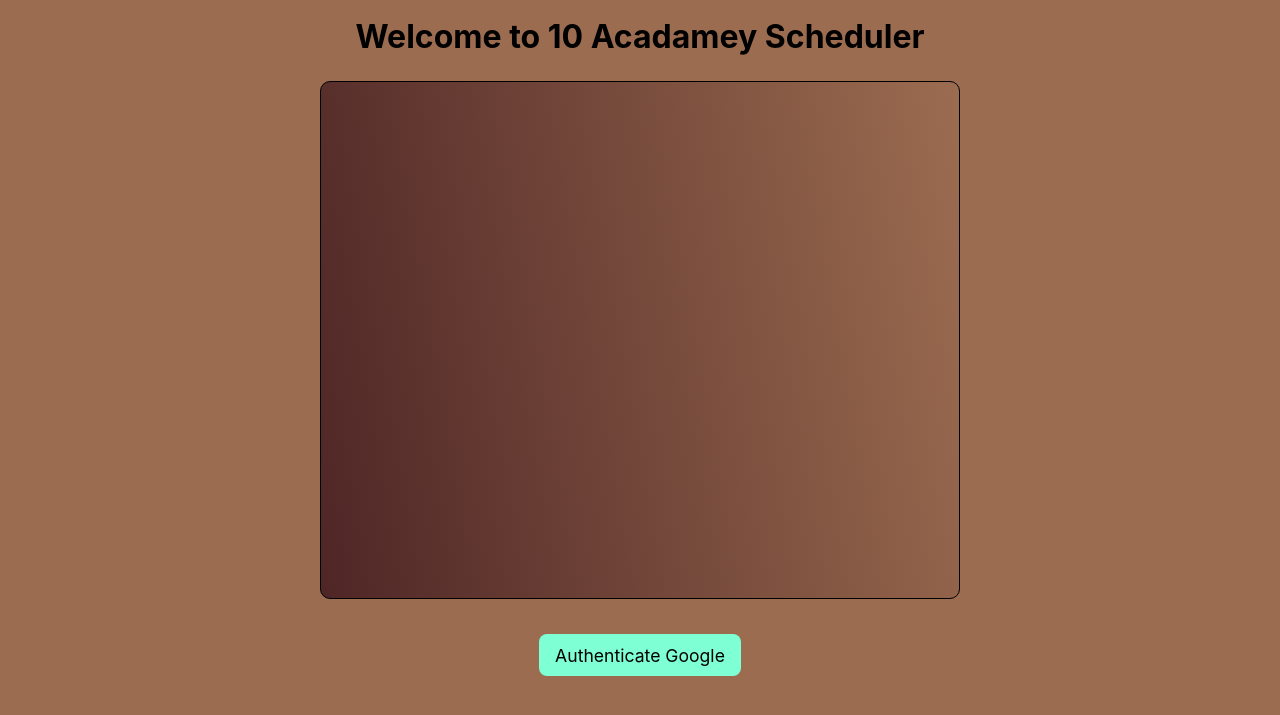
Repository: nebilarega/calendar-extractor
Page: / (app in frontend/)
The author's editor kept a copy of each file at every save. The page is drawn from the files as they stood at one save, then again after the next save.
The browser window is 1280 px wide. The pictures show the whole page.
The project was rebuilt for these pictures with package versions that can differ from the ones it lists, and the page was loaded fresh each time.

Above is the page before, as saved 2022-08-24 23:39:32.

### frontend/src/App.js
import "./App.css";
import { GoogleOAuthProvider } from "@react-oauth/google";
import { GoogleLogin } from "@react-oauth/google";
import { useState } from "react";
import axios from "axios";

import LandingPage from "./component/LandingPage";

const sampleData = {
  submmary: "Nebil this is a new event",
  description: "A chance to hear more about Google's developer products.",
  location: "800 Howard St., San Francisco, CA 94103",
  start: "August 23, 2022 8:00 AM UTC",
  end: "August 23, 2022 9:00 AM UTC",
  hangoutLink: "meet.google.com/ysb-kjdn-hpp",
};
const App = () => {
  let url;
  const [disabled, setDisabled] = useState(false);
  const responseGoogle = (response) => {
    const code = response;
    axios
      .post("/api/create-tokens", code)
      .then((response) => {
        console.log("response", response.data);
      })
      .catch((error) => {
        console.log(error);
      });
  };
  const responseError = (response) => {
    console.log(response);
  };
  const getUrl = () => {
    axios.get("/api/create-token-v2").then((response) => {
      url = response.data.url;
      if (url) {
        setDisabled(true);
      }
      window.open(url, "_blank");
    });
  };
  const handleClick = () => {
    axios.post("/api/create-events", sampleData).then((response) => {
      console.log("response", response.data);
    });
  };
  return (
    <div className="App" style={{ height: "100vh" }}>
      <LandingPage
        disabled={disabled}
        getUrl={getUrl}
        handleClick={handleClick}
      ></LandingPage>
    </div>
  );
};

export default App;

### frontend/src/App.css
.App {
  text-align: center;
}

.App-logo {
  height: 40vmin;
  pointer-events: none;
}

@media (prefers-reduced-motion: no-preference) {
  .App-logo {
    animation: App-logo-spin infinite 20s linear;
  }
}

.App-header {
  background-color: #282c34;
  min-height: 100vh;
  display: flex;
  flex-direction: column;
  align-items: center;
  justify-content: center;
  font-size: calc(10px + 2vmin);
  color: white;
}

.App-link {
  color: #61dafb;
}

@keyframes App-logo-spin {
  from {
    transform: rotate(0deg);
  }
  to {
    transform: rotate(360deg);
  }
}
.center {
  display: flex;
  justify-content: center;
  align-items: center;
}
.academy {
  width: 100%;
  height: 50vh;
  border-radius: 10px;
  display: flex;
  flex-direction: column;
  justify-content: space-between;
  align-items: center;
  /* margin-left: 10%; */
  /* margin-right: 10%; */
}
.academy-calendar {
  margin-top: 20%;
  font-size: 30px;
}

### frontend/src/component/LandingPage.js
import "../css/landing.css";

const LandingPage = ({ disabled, handleClick, getUrl }) => {
  return (
    <div className="main">
      <header className="header">
        <span className="title"> Welcome to 10 Acadamey Scheduler</span>
      </header>
      <main className="body">
        <div className="card"></div>
        <div className="footer">
          {!disabled ? (
            <div>
              <button className="google__api" onClick={getUrl}>
                Authenticate Google
              </button>
            </div>
          ) : (
            <div>
              <button className="post__event" onClick={handleClick}>
                Post Event
              </button>
            </div>
          )}
        </div>
      </main>
    </div>
  );
};

export default LandingPage;

### frontend/src/css/landing.css
/* Box sizing rules */
*,
*::before,
*::after {
  box-sizing: border-box;
}

/* Remove default margin */
body,
h1,
h2,
h3,
h4,
p,
figure,
blockquote,
dl,
dd {
  margin: 0;
}

/* Remove list styles on ul, ol elements with a list role, which suggests default styling will be removed */
ul[role="list"],
ol[role="list"] {
  list-style: none;
}

/* Set core root defaults */
html:focus-within {
  scroll-behavior: smooth;
}

/* A elements that don't have a class get default styles */
a:not([class]) {
  text-decoration-skip-ink: auto;
}

/* Make images easier to work with */
img,
picture {
  max-width: 100%;
  display: block;
}

/* Inherit fonts for inputs and buttons */
input,
button,
textarea,
select {
  font: inherit;
}

/* The remaining page */
.main {
  width: 100%;
  height: 100%;
  background-color: #9b6c50;
}
.header {
  width: 100%;
  height: 10vh;
  background-image: linear-gradient();
  background-color: "cyan";
  display: flex;
  justify-content: center;
  align-items: center;
}
.title {
  font-size: 2rem;
  font-weight: bold;
  color: "yellow";
}
.body {
  width: 100%;
  height: 90vh;
  background-color: "gray";
  display: flex;
  flex-direction: column;
  justify-content: center;
  align-items: center;
}
.card {
  width: 50%;
  height: 80%;
  border: 1px solid black;
  display: flex;
  border: 1px solid black;
  border-radius: 10px;
  justify-content: center;
  align-items: center;
  background-image: linear-gradient(260deg, #9b6c50 0%, #4f2626 100%);
}
button {
  margin: 2.2rem;
  height: 2.6rem;
  padding-left: 1rem;
  padding-right: 1rem;
  font-size: 1.1rem;
  border-radius: 0.5rem;
  border: none;
  background-color: aquamarine;
}
button:focus {
  outline: none;
}
button:hover {
}

Loaded but not shown: frontend/public/index.html (common file); frontend/src/index.js (common file); frontend/src/index.css (common file)

After the next save:
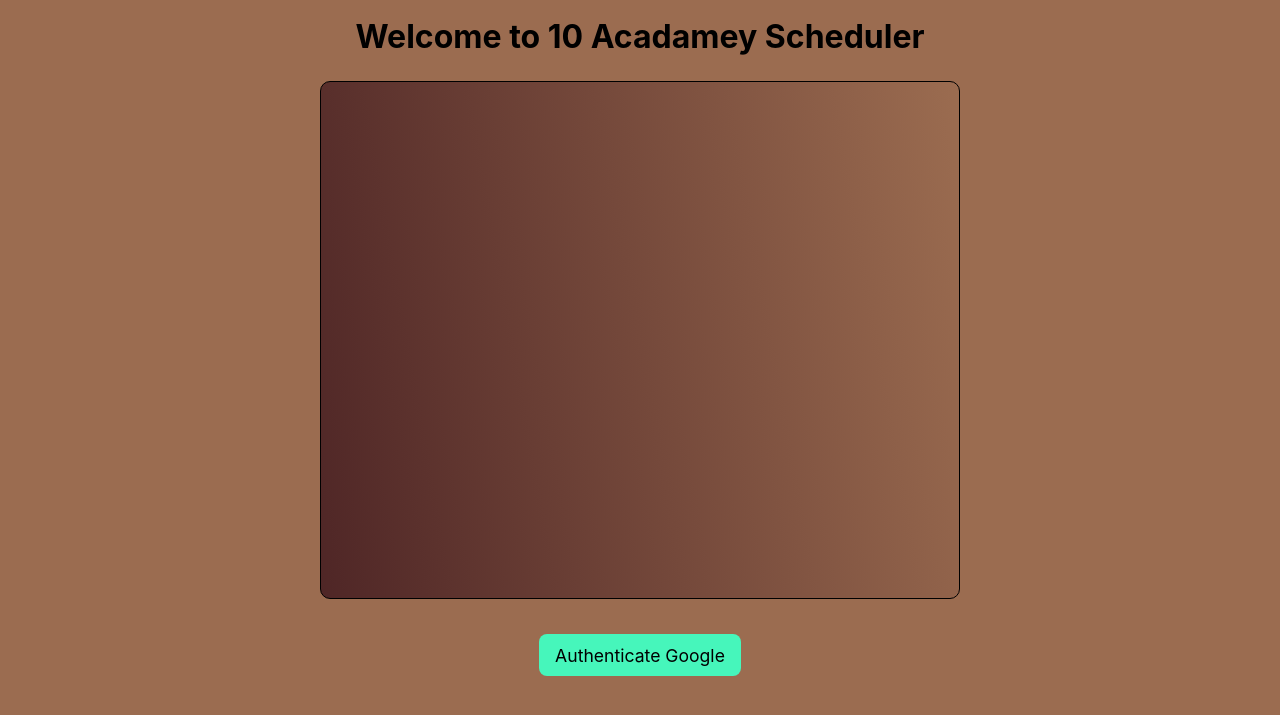
Saved 52 s later.
--- a/frontend/src/css/landing.css
+++ b/frontend/src/css/landing.css
@@ -98,7 +98,7 @@
   font-size: 1.1rem;
   border-radius: 0.5rem;
   border: none;
-  background-color: aquamarine;
+  background-color: #46f6bb;
 }
 button:focus {
   outline: none;
